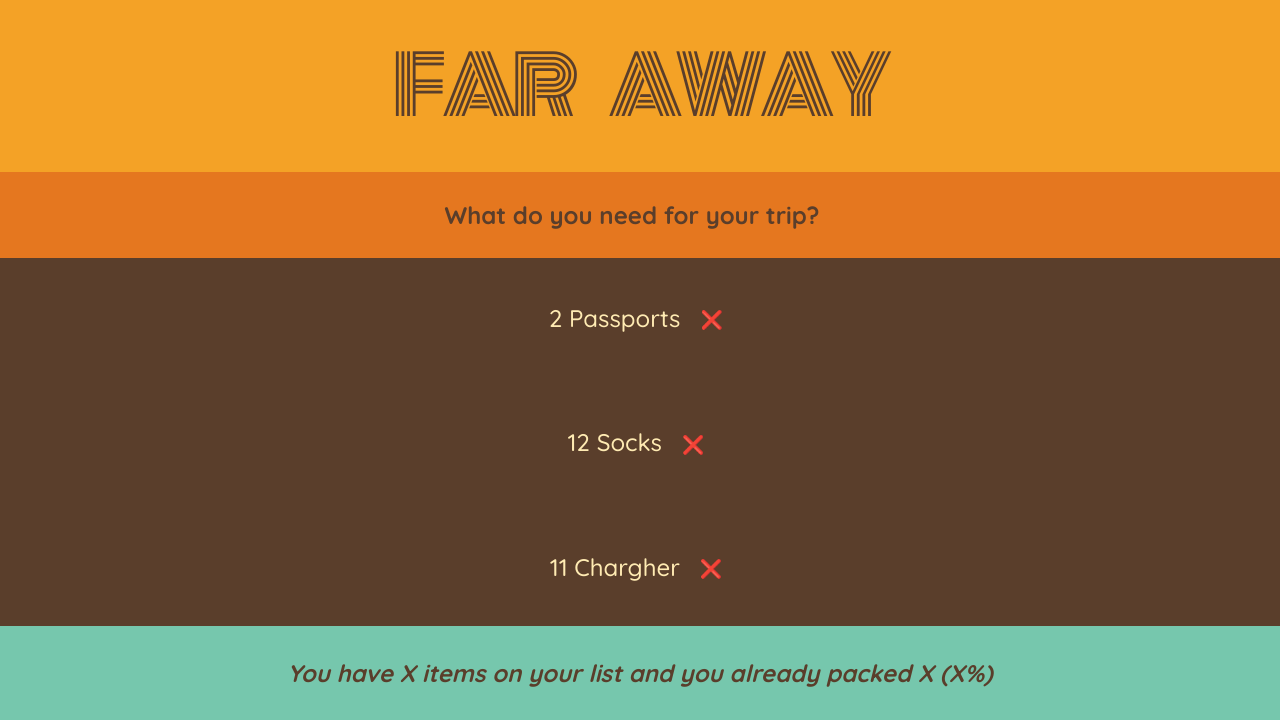
Repository: pmcalmeida/travel-list
Page: /
An editor plug-in stored every save of this project. The page is shown before and after the next save, followed by the edit.
The browser window is 1280 px wide. The pictures show the whole page.
The project was rebuilt for these pictures with package versions that can differ from the ones it lists, and the page was loaded fresh each time.

Above is the page before, as saved 2024-05-01 10:42:10.

### src/App.js
import './index.css';

const initialItems = [
  { id: 1, description: "Passports", quantity: 2, packed: false },
  { id: 2, description: "Socks", quantity: 12, packed: false },
  { id: 3, description: "Chargher", quantity: 11, packed: true },
];

function Logo() {
  return <h1>Far Away</h1>
}

function Form() {
  return (
    <div className="add-form">
      <h3>What do you need for your trip?</h3>
    </div>
  )
}

function Item({ item: { description, quantity, packed } }) {
  return <li>
    <span>{quantity} {description}</span>
    <button>❌</button>
  </li>
}

function PackagingList() {
  return <ul className="list">{
    initialItems.map(item => <Item item={item}/>)
  }</ul>
}

function Stats() {
  return (
    <footer className="stats">
      <em>
        You have X items on your list and you already packed X (X%)
      </em>
    </footer>
  )
}

function App() {
  return (
    <div className="app">
      <Logo />
      <Form />
      <PackagingList />
      <Stats />
    </div>
  );
}

export default App;

Loaded but not shown: public/index.html (common file); src/index.js (common file); src/index.css (common file)

After the next save:
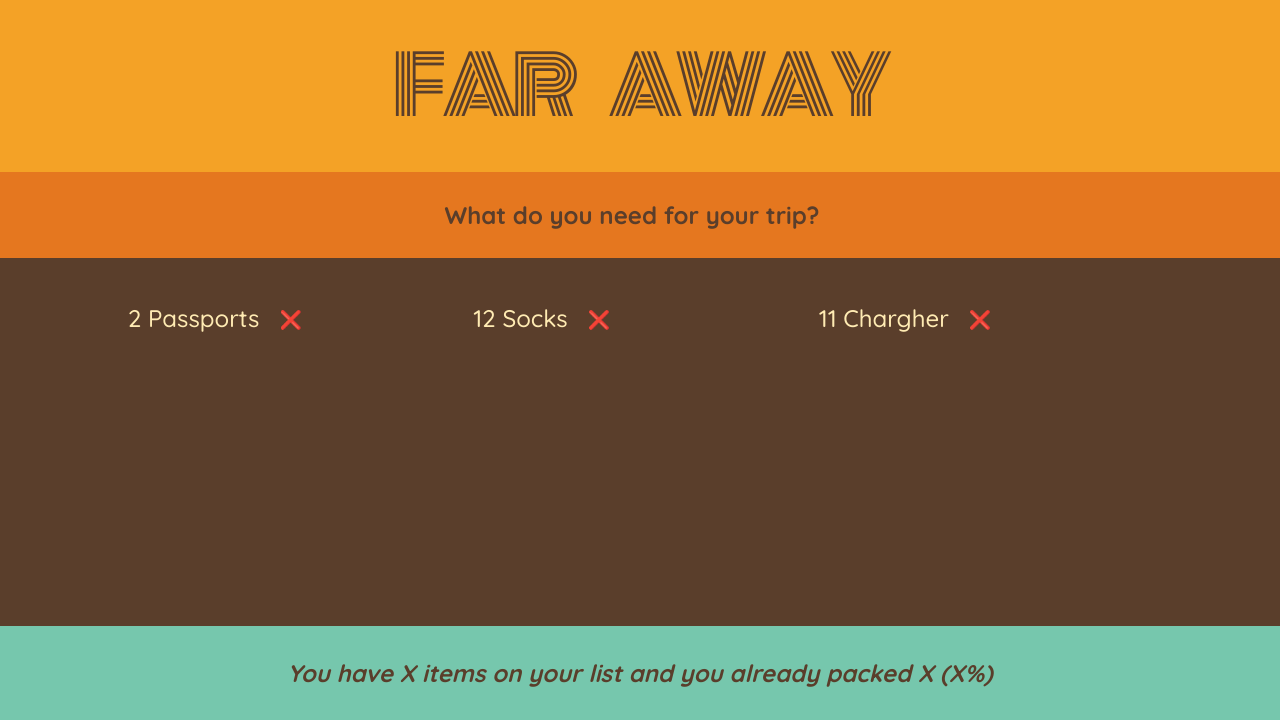
Saved 52 s later.
--- a/src/App.js
+++ b/src/App.js
@@ -26,9 +26,11 @@
 }
 
 function PackagingList() {
-  return <ul className="list">{
-    initialItems.map(item => <Item item={item}/>)
-  }</ul>
+  return <div className="list">
+    <ul>{
+      initialItems.map(item => <Item item={item}/>)
+    }</ul>
+  </div>
 }
 
 function Stats() {
